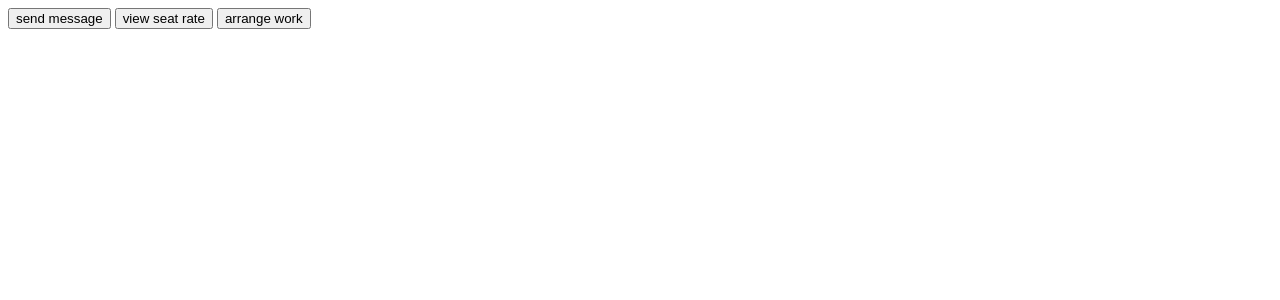
Repository: ycdtc/movie
Page: aaa/WebContent/hr.html
These files come from the project's save history. The page is drawn as it stood at one moment and after the next save; the edit follows.
The browser window is 1280 px wide. The pictures show the whole page.

Above is the page before, as saved 2017-07-12 07:23:51.
Console error: ReferenceError: msgPath is not defined

### aaa/WebContent/hr.html
<!DOCTYPE html>
<html>
<head>
<meta charset="UTF-8">
<title>hr</title>
<script src="javascript/jquery.min.js"></script>
<script src="javascript/base.js"></script>
</head>
<body>
<button id="send">send message</button>
<button id="view">view seat rate</button>
<button id="arrange">arrange work</button>
<div id="res"></div>
</body>
<script type="text/javascript">
var path = "D:/data/roominfo.txt";
var employeePath = "D:/data/employee.txt";
var arrangePath = "D:/data/arrange.txt";
$(function(e){
	var message = dbSearch(msgPath, {"to":getRequest()["id"]});
	for(var i=0;i<message.length;i++){
		console.log(JSON.stringify(message[i]));
		alert("from:" + message[i].from + "\r\n" + message[i].message);
		dbRemove(msgPath, message[i]);
	}
});

$("#view").click(function(){




});

$("#arrange").click(function(){
	$("#res").empty();
	var employees = dbGetValue(employeePath, "name", {"free":1});
	var brands = dbGetValue(path, "brand");
	$("#res").append($("<select id='select'><option selected='selected' disabled='disabled'></option></select>"));
	for(var i=0;i<brands.length;i++){
		$("#select").append($("<option>" + brands[i] +"</option>"));
	}
	$("#res").append($("<div id='table'></div>"));
	$("#select").change(function(){
		$("#table").empty();
		var brand = $("#select option:selected").html();
		var rooms = dbGetValue(path, "room");
		for(var i=0;i<rooms.length;i++){
			var res = dbSearch(path, {"brand":brand,"room":rooms[i]});
			res.sort(function(o1,o2){
				return o1.time < o2.time;
			});
			$("#table").append($("<tr><td rowspan='" + (res.length+1) +"'>" + rooms[i] +"</td><td>time</td><td>name</td></tr>"));
			for(var j=0;j<res.length;j++){
				$("#table").append($("<tr id='line"+ num +"'><td>"+ res[j].time +"</td><td><select></select></td></tr>"));
				var exist = dbSearch(arrangePath,{"brand":res[j].brand,"room":res[j].room,"time":res[j].time});
				var employee = "";
				if(exist.length > 0){
					employee = exist[0].name;
				}else{
					employee = employees[parseInt(Math.random()*employees.length)];
				}
				for(var k=0;k<=employees.length;k++){
					if(k == employees.length){
						$("#line" + num + " select").append("<option></option>");
					}else	if(employees[k] == employee){
						$("#line" + num + " select").append("<option selected='selected'>"+ employees[k] +"</option>");
					}else{
						$("#line" + num + " select").append("<option>"+ movies[k] +"</option>");
					}
				}
				num++;
			}
		}
	});
	$("#table").append("<button id='save'>save</button>");
	$("#save").click(function(){
		dbRemove(arrangePath,{"brand":brand});
		for(var i=0;i<num;i++){
			var select = $("#line" + i + " select");
			var time = $("#line" + i + " td");
			dbAdd(arrangePath,{"brand":brand, "room":room[i],"time":time[0].html(),"name":select[0].value});
		}
		alert("success");
	});
});
</script>
</html>

### aaa/WebContent/javascript/base.js
/**
 *
 */

var colors = ["red","orange","green","blue","purple","black"];
function getRequest() {
	var url = location.search;
	var paras = url.substr(1).split("&");
	var res = new Object();
	for(var i=0;i<paras.length;i++){
		res[paras[i].split("=")[0]] = paras[i].split("=")[1];
	}
	return res;
}

function drawPie(chart,value,name){
	var can = document.getElementById(chart);
	var ctx = can.getContext("2d");
	var start = 0;
	var end = 0;
	ctx.translate(400,350);
	var sum = 0;
	for(var i=0;i<value.length;i++){
		sum += value[i];
	}
	for(var i=0;i<value.length;i++){
		start = end;
		end += value[i]/sum * 2 * Math.PI;
		ctx.fillStyle = colors[i];
		ctx.beginPath();
		ctx.moveTo(0,0);
		ctx.arc(0,0,200,start,end);
		ctx.closePath();
		ctx.stroke();
		ctx.fill();
	}
	start = 0;
	end = 0;
	var now = 0;
	for(var i=0;i<value.length;i++){
		start = end;
		end += value[i]/sum * 2 * Math.PI;
		ctx.rotate(now + (end-start)/2);
		now = (end-start)/2;
		ctx.font = "24px";
		ctx.fillStyle = "white";
		ctx.fillText(name[i], 60 , 0);
	}
}

function drawLine(chart,value,name,key){
    var canvas = document.getElementById(chart);
    var ctx = canvas.getContext('2d');
    var cw = canvas.width;
    var ch = canvas.height;
    var padding = 80;
    var origin = {x:padding,y:ch-padding};
    var bottomRight = {x:cw-padding,y:ch-padding};
    var topLeft = {x:padding,y:padding};

    //X
    ctx.beginPath();
    ctx.moveTo(origin.x,origin.y);
    ctx.lineTo(bottomRight.x,bottomRight.y);
    //Y
    ctx.moveTo(origin.x,origin.y);
    ctx.lineTo(topLeft.x,topLeft.y);

    ctx.font = '16px SimHei';
    var text = key[0].substring(0,key[0].lastIndexOf('/')+1);
    ctx.fillText(text,origin.x-ctx.measureText(text).width-10,origin.y+32);
    //绘制X方向刻度
    var avgWidth = (cw - 2*padding - 50)/(key.length-1);
    for(var i=0;i<key.length;i++){
        if(i > 0){
            ctx.moveTo(origin.x+i*avgWidth,origin.y);
            ctx.lineTo(origin.x+i*avgWidth,origin.y-10);
        }
        var tmp = key[i].substring(key[i].lastIndexOf("/")+1);
        var txtWidth = ctx.measureText(tmp).width;
        ctx.fillText(tmp,origin.x+i*avgWidth-txtWidth/2,origin.y+32);
    }
    //绘制Y方向刻度
    var max = Math.max.apply(null,value.join(",").split(","));
    var avgValue=Math.floor(max/5);
    var avgHeight = (ch-padding*2-50)/5;
    for(var i=0;i<=5;i++){
    	if(i>0){
            ctx.moveTo(origin.x,origin.y-i*avgHeight);
            ctx.lineTo(origin.x+10,origin.y-i*avgHeight);
    	}
        var txtWidth = ctx.measureText(avgValue*i).width;
        ctx.fillText(avgValue*i,origin.x-txtWidth-5,origin.y-i*avgHeight+6);
    }
    ctx.stroke();

    //line
    var labelX = padding;
    for(var k=0;k<name.length;k++){
    	ctx.beginPath();
    	ctx.strokeStyle = colors[k];
	    for(var i=0;i<value[k].length;i++){
	        var posY = origin.y - value[k][i]/max*(ch-2*padding-50);
	        ctx.fillStyle = colors[k];
	        if(i==0){
	            ctx.moveTo(origin.x+i*avgWidth,posY);
	        }else{
	            ctx.lineTo(origin.x+i*avgWidth,posY);
	        }
	    }
	    ctx.moveTo(labelX,padding/2-6);
        ctx.lineTo(labelX+40,padding/2-6);
        ctx.fillStyle="black";
        ctx.fillText(name[k],labelX+43,padding/2);
        labelX += 50 + ctx.measureText(name[k]).width;
        ctx.stroke();
    }
}

function drawRect(chart,value,key){
    var canvas = document.getElementById(chart);
    var ctx = canvas.getContext("2d");
    var cw = canvas.width;
    var ch = canvas.height;
    var padding = 80;

    var origin = {x:padding,y:ch-padding};
    var bottomRight = {x:cw-padding,y:ch-padding};
    var topLeft = {x:padding,y:padding};

    //X
    ctx.beginPath();
    ctx.moveTo(origin.x,origin.y);
    ctx.lineTo(bottomRight.x,bottomRight.y);
    //Y
    ctx.moveTo(origin.x,origin.y);
    ctx.lineTo(topLeft.x,topLeft.y);

    ctx.font = '16px SimHei';

    //绘制Y方向刻度
    var max = Math.max.apply(null,value);
    console.log(max);
    var avgValue=Math.floor(max/5);
    var avgHeight = (ch-padding*2-50)/5;
    for(var i=0;i<=5;i++){
    	if(i>0){
            ctx.moveTo(origin.x,origin.y-i*avgHeight);
            ctx.lineTo(origin.x+10,origin.y-i*avgHeight);
    	}
        var txtWidth = ctx.measureText(avgValue*i).width;
        ctx.fillText(avgValue*i,origin.x-txtWidth-5,origin.y-i*avgHeight+6);
    }
    ctx.stroke();

    //绘制X方向刻度
    var avgWidth = (cw - 2*padding - 50)/(key.length);
    for(var i=0;i<key.length;i++){
        var txtWidth = ctx.measureText(key[i]).width;
        ctx.fillText(key[i],origin.x+(i+1)*avgWidth-txtWidth/2,origin.y+32);
    }

    for(var i=0;i<value.length;i++){
    	var height = value[i]/max*(ch-2*padding-50);
        ctx.beginPath();
        ctx.fillStyle="#abcdef";
        ctx.rect(origin.x+(i+0.9)*avgWidth,origin.y-height,avgWidth/10,height);
        ctx.fill();
        ctx.closePath();
    }

}

function dbAdd(path,data){
	var fs;
	//read 1 write 2 add 8
	fs = new ActiveXObject("Scripting.FileSystemObject");
	file = fs.openTextFile(path, 1);
	while(!file.atEndOfStream){
		if(file.readLine() == JSON.stringify(data)){
			return 1;
		}
	}
	file.close();
	file = fs.OpenTextFile(path, 8);
	file.write("\r\n" + JSON.stringify(data));
	file.close();
	return 0;
}

function dbRemove(path,data){
	var fs;
	//read 1 write 2 add 8
	fs = new ActiveXObject("Scripting.FileSystemObject");
	file = fs.openTextFile(path, 1);
	var s = "";
	while(!file.atEndOfStream){
		var flag = 0;
		var line = file.readLine();
//		if(line == ""){
//			continue;
//		}
		for(var key in data){
			if(JSON.parse(line)[key] != data[key]){
				flag = 1;
			}
		}
		if(flag == 1){
			s += line + "\r\n";
		}
	}
	file.close();
	file = fs.OpenTextFile(path, 2);
	console.log(s);
	file.write(s.substring(0,s.length-2));
	file.close();
	return 0;
}

function dbSearch(path,data){
	var fs;
	//read 1 write 2 add 8
	fs = new ActiveXObject("Scripting.FileSystemObject");
	file = fs.openTextFile(path, 1);
	var res = [];
	while(!file.atEndOfStream){
		var flag = 0;
		var line = file.readLine();
//		if(line == ""){
//			continue;
//		}
		for(var key in data){
			if(JSON.parse(line)[key] != data[key]){
				flag = 1;
			}
		}
		if(flag == 0){
			res.push(JSON.parse(line));
		}
	}
	file.close();
	return res;
}

function dbUpdate(path,data,newdata){
	var fs;
	//read 1 write 2 add 8
	fs = new ActiveXObject("Scripting.FileSystemObject");
	file = fs.openTextFile(path, 1);
	var s = "";
	while(!file.atEndOfStream){
		var flag = 0;
		var line = file.readLine();
//		if(line == ""){
//			continue;
//		}
		for(var key in data){
			if(JSON.parse(line)[key] != data[key]){
				flag = 1;
			}
		}
		if(flag == 1){
			s += line + "\r\n";
		}else{
			var json = JSON.parse(line);
			for(var key in newdata){
				json[key] = newdata[key];
			}
			s += JSON.stringify(json) + "\r\n";
		}
	}
	file.close();
	file = fs.OpenTextFile(path, 2);
	console.log(s);
	file.write(s.substring(0,s.length-2));
	file.close();
	return 0;
}

function dbGetValue(path,key,criteria) {
	criteria = criteria || {};
	var res = [];
	var find = dbSearch(path, criteria);
	for(var i=0;i<find.length;i++){
		if($.inArray(find[i][key],res) == -1){
			res.push(find[i][key]);
		}
	}
	res.sort(function(o1,o2){
		return parseInt(o1) < parseInt(o2);
	});
	return res;
}

function addMovie(){
	fs = new ActiveXObject("Scripting.FileSystemObject");
	file = fs.openTextFile("d:/data/roominfo.txt", 2);
	var brands = ["Zhangjiang","Global harbor","Zhongshan Park","East Nanjing Road"];
	var rooms = ["Room1","Room2","Room3"];
	var seats = [[0,0,0,0,0],[0,0,0,0,0],[0,0,0,0,0],[0,0,0,0,0],[0,0,0,0,0]];
	var movie = ["Despicable Me 3","Spider-Man","Transformers","War of the Planet of the Apes"];
	var times = ["9:00-11:00","13:00-15:00","15:00-17:00","19:00-21:00"];
	var i = 0;
	for ( var brand in brands) {
		for(var room in rooms){
			for(var time in times){
				var json = {"brand":brands[brand], "room":rooms[room],"seats":seats,"time":times[time],"movie":movie[i%movie.length],"price":"35"};
				file.writeLine(JSON.stringify(json));
				i++;
			}
		}
	}
	file.close();
}

function addBox(){
	function getNumber(mean,std_dev){
	    return mean+(distribution()*std_dev);
	}

	function distribution(){
	    var sum=0.0;
	    for(var i=0; i<12; i++){
	        sum=sum+Math.random();
	    }
	    return sum-6.0;
	}
	var dis = {};
	for(var i=0;i<1000000;i++){
		var num = parseInt(getNumber(180, 10));
		if(num in dis){
			dis[num]++;
		}else{
			dis[num] = 1;
		}
	}
	var movies = dbGetValue("D:/data/movieinfo.txt","movie",{"status":"present"});
	fs = new ActiveXObject("Scripting.FileSystemObject");
	file = fs.openTextFile("D:/data/boxinfo.txt", 2);
	var num = [161,185,179,197];
	for(var i=0;i<movies.length;i++){
		for(var j=1;j<=31;j++){
			if(num[i] in dis){
				var json = {"movie":movies[i],"date":"2017/7/"+j,"boxOffice":dis[num[i]]};
				file.writeLine(JSON.stringify(json));
			}else{
				var json = {"movie":movies[i],"date":"2017/7/"+j,"boxOffice":40};
				file.writeLine(JSON.stringify(json));
			}
			num[i]++;
		}
	}
	file.close();
}

### aaa/WebContent/stylesheet/base.css
@CHARSET "UTF-8";
body{
	text-align: center;
}

.movie{
	width:220px
}

### aaa/WebContent/stylesheet/sales.css
@CHARSET "UTF-8";
#table{
	border="1";
	cellspacing="0";
	margin:10 auto;
}

.chart{
	height:600;
	width:800;
}

Loaded but not shown: aaa/WebContent/javascript/jquery.min.js (library)

After the next save:
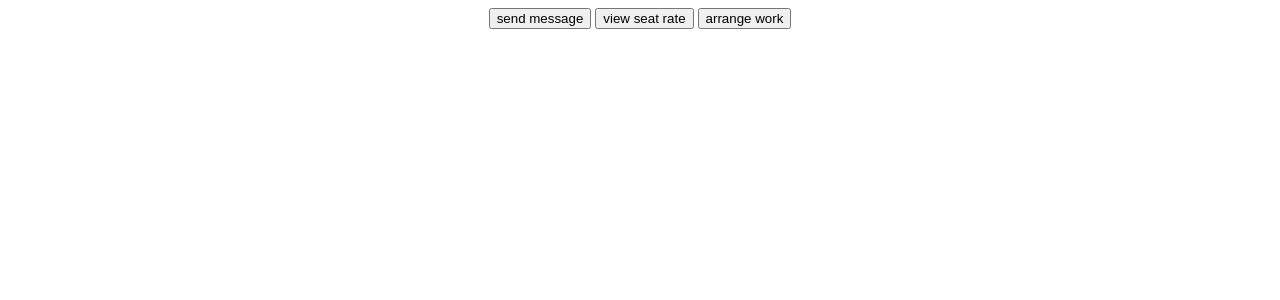
Console error: ReferenceError: ActiveXObject is not defined
Saved 4 min 37 s later.
--- a/aaa/WebContent/hr.html
+++ b/aaa/WebContent/hr.html
@@ -5,6 +5,8 @@
 <title>hr</title>
 <script src="javascript/jquery.min.js"></script>
 <script src="javascript/base.js"></script>
+<link rel="stylesheet" href="stylesheet/base.css"/>
+<link rel="stylesheet" href="stylesheet/sales.css"/>
 </head>
 <body>
 <button id="send">send message</button>
@@ -16,6 +18,7 @@
 var path = "D:/data/roominfo.txt";
 var employeePath = "D:/data/employee.txt";
 var arrangePath = "D:/data/arrange.txt";
+var msgPath = "D:/data/message.txt";
 $(function(e){
 	var message = dbSearch(msgPath, {"to":getRequest()["id"]});
 	for(var i=0;i<message.length;i++){
@@ -42,6 +45,7 @@ $("#arrange").click(function(){
 	}
 	$("#res").append($("<div id='table'></div>"));
 	$("#select").change(function(){
+		var num = 0;
 		$("#table").empty();
 		var brand = $("#select option:selected").html();
 		var rooms = dbGetValue(path, "room");
@@ -84,5 +88,9 @@ $("#arrange").click(function(){
 		alert("success");
 	});
 });
+
+$("#send").click(function(){
+	window.open("message.html?id=" + getRequest()["id"], 'newwindow', 'height=600, width=800');
+});
 </script>
 </html>
